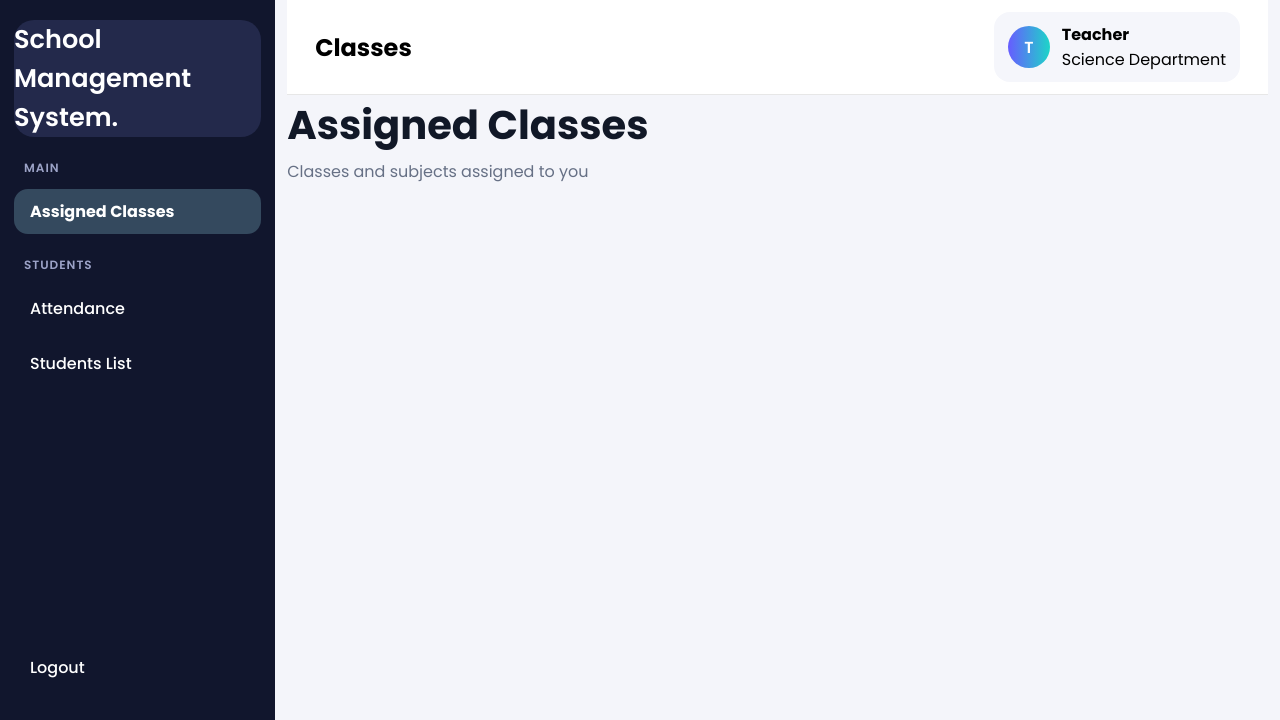
Repository: rohit-rk-07/school_management_system
Page: http://localhost/School_Management_System/teacher/assignedclass.jsp
These files come from the project's save history. The page is drawn as it stood at one moment and after the next save; the edit follows.
The browser window is 1280 px wide. The pictures show the whole page.
The page is served by Tomcat 10. Other server files are loaded and not shown.

Above is the page before, as saved 2026-05-26 13:49:35.
Console error: TypeError: Cannot read properties of null (reading 'referenceId')

### School_Management_System/src/main/webapp/teacher/assignedclass.jsp
<!DOCTYPE html>
<html lang="en">

<head>

    <meta charset="UTF-8">
    <meta name="viewport" content="width=device-width, initial-scale=1.0">

    <title>Assigned Classes</title>

    <link rel="preconnect" href="https://fonts.googleapis.com">

    <link href="https://fonts.googleapis.com/css2?family=Poppins:wght@300;400;500;600;700&display=swap"
        rel="stylesheet">

    <style>

        *{
            margin:0;
            padding:0;
            box-sizing:border-box;
            font-family:'Poppins',sans-serif;
        }

        body{
            background:#f4f5fb;
            display: flex;
            flex-direction: row;
            justify-content: space-between;
            align-items: start;
        }

        .assignedClassesContainer{
            padding:0px 12px;
            width: 80%;
            overflow-y: scroll;
    		height: 720px;
        }

        .assignedClassesHeading{
            font-size:40px;
            font-weight:700;
            color:#111827;
        }

        .assignedClassesSubtitle{
            color:#667085;
            margin-top:4px;
            margin-bottom:30px;
        }

        .assignedClassesGrid{
            display:grid;
            grid-template-columns:repeat(auto-fit,minmax(320px,1fr));
            gap:20px;
        }

        .assignedClassesCard{
            background:#ffffff;
            border-radius:28px;
            padding:20px;
            border:1px solid #ececec;
            position:relative;
            overflow:hidden;
            width: 320px;
        }

        .assignedClassesCard::before{
            content:"";
            position:absolute;
            top:0;
            left:0;
            width:5px;
            height:100%;
            background:#675cff;
        }

        .assignedClassesBadge{
            display:inline-block;
            padding:6px 16px;
            border-radius:30px;
            background:#ecebff;
            color:#675cff;
            font-size:14px;
            font-weight:600;
            margin-bottom:10px;
        }

        .assignedClassesTitle{
            font-size:22px;
            font-weight:700;
            color:#111827;
            margin-bottom:6px;
        }

        .assignedClassesSubject{
            color:#667085;
            margin-bottom:10px;
            font-size:14px;
        }

        .assignedClassesInfo{
            margin-bottom:6px;
            color:#475467;
            font-size:14px;
        }

        .attendanceTopbar {
    width: 100%;
    background: #ffffff;
    padding: 12px 28px;
    display: flex;
    justify-content: space-between;
    align-items: center;
    border-bottom: 1px solid #e7e7e7;
    }

    .attendanceTeacherProfile {
    display: flex;
    align-items: center;
    gap: 12px;
    background: #f5f6fb;
    padding: 10px 14px;
    border-radius: 16px;
}

.attendanceTeacherAvatar {
    width: 42px;
    height: 42px;
    border-radius: 50%;
    background: linear-gradient(to right, #675cff, #1dd5c8);
    display: flex;
    align-items: center;
    justify-content: center;
    color: #ffffff;
    font-weight: 600;
}

    </style>

</head>

<body>

	<jsp:include page="sidebar.jsp" />
    <div class="assignedClassesContainer">
    <div class="attendanceTopbar">
        <h2 class="attendanceTopbarTitle">
            Classes
        </h2>
        <div class="attendanceTeacherProfile">
            <div class="attendanceTeacherAvatar">
                T
            </div>
            <div>
                <h4>Teacher</h4>
                <p class="attendanceTeacherRole">
                    Science Department
                </p>
            </div>
        </div>
    </div>

        <h1 class="assignedClassesHeading">
            Assigned Classes
        </h1>
        <p class="assignedClassesSubtitle">
            Classes and subjects assigned to you
        </p>
        <div class="assignedClassesGrid">
           <!-- <div class="assignedClassesCard">
                <span class="assignedClassesBadge">
                    Science
                </span>
                <h2 class="assignedClassesTitle">
                    Grade 8
                </h2>
                <p class="assignedClassesSubject">
                    Subject: Science
                </p>
                <p class="assignedClassesInfo">
                    👨‍🎓 Students: 32
                </p>

                <p class="assignedClassesInfo">
                    📍 Room: 204
                </p>
            </div>

            <div class="assignedClassesCard">
                <span class="assignedClassesBadge">
                    Physics
                </span>
                <h2 class="assignedClassesTitle">
                    Grade 9
                </h2>
                <p class="assignedClassesSubject">
                    Subject: Physics
                </p>
                <p class="assignedClassesInfo">
                    👨‍🎓 Students: 28
                </p>

                <p class="assignedClassesInfo">
                    📍 Room: 301
                </p>
            </div>

            <div class="assignedClassesCard">

                <span class="assignedClassesBadge">
                    Science
                </span>
                <h2 class="assignedClassesTitle">
                    Grade 8
                </h2>
                <p class="assignedClassesSubject">
                    Subject: Science
                </p>
                <p class="assignedClassesInfo">
                    👨‍🎓 Students: 32
                </p>

                <p class="assignedClassesInfo">
                    📍 Room: 204
                </p>
            </div> -->

        </div>

    </div>

<script type="text/javascript" src="assignedclass.js"></script>
</body>

</html>

### School_Management_System/src/main/webapp/teacher/sidebar.jsp
<!DOCTYPE html>
<html lang="en">
<head>
  <meta charset="UTF-8" />
  <meta name="viewport" content="width=device-width, initial-scale=1.0"/>
  <title>School Sidebar</title>

  <style type="text/css">
  *{
  margin:0;
  padding:0;
  box-sizing:border-box;
}

body{
  font-family:'Poppins',sans-serif;
  background:#f4f5fa;
}

/* SIDEBAR */

.schoolSidebar{
  width:280px;
  height:100vh;
  background:#11162d;
  color:#ffffff;
  padding:20px 14px;
  display:flex;
  flex-direction:column;
  justify-content:space-between;
  /*border-top-right-radius:20px;
  border-bottom-right-radius:20px;*/
  transition:0.3s;
}

/* LOGO */

.schoolSidebarLogo{
font-size: 1.6rem;
font-weight: 600;
background:#23294b;
border-radius: 20px;
}

schoolSidebarLogo{
  border-radius:14px;
  background:#23294b;
  display:flex;
  align-items:start;
  justify-content:start;
  font-size:20px;
  margin-bottom:35px;
}

/* MENU TITLES */

.schoolSidebarMenuTitle{
  color:#9ca3c7;
  font-size:12px;
  letter-spacing:1px;
  margin:22px 10px 12px;
  font-weight:600;
}

/* MENU */

.schoolSidebarMenuList{
  list-style:none;
}

.schoolSidebarMenuItem{
  display:flex;
  align-items:center;
  gap:14px;
  padding:10px 16px;
  border-radius:14px;
  margin-bottom:10px;
  color:#b6bdd9;
  cursor:pointer;
  transition:0.3s;
  font-size:15px;
  font-weight:500;
}

.schoolSidebarMenuItem a{
  font-size:16px;
  text-decoration: none;
  color: #fff;
  width: 100%;
  height: 100%;
}

/* HOVER */

.schoolSidebarMenuItem:hover{
  background:#242b4d;
  color:#ffffff;
}

/* ACTIVE */

.schoolSidebarActive{
  background:#4d44cc;
  color:#ffffff;
}

.schoolSidebarMenuItem {
    /* Your default styling for menu items */
    transition: background-color 0.2s ease;
}

/* This targets the container when active */
.schoolSidebarMenuItem.schoolSidebarActive {
    background-color: #34495e; /* Change to your preferred highlight color */
}

/* Ensures the text color inside the active container looks right */
.schoolSidebarMenuItem.schoolSidebarActive a {
    color: #ffffff;
    font-weight: bold;
}

/* DARK MODE */

.schoolSidebarDark{
  background:#050814;
}

.schoolSidebarDark .schoolSidebarMenuItem:hover{
  background:#1c2445;
}

/* RESPONSIVE */

@media(max-width:768px){

  .schoolSidebar{
    width:100%;
    height:auto;
    border-radius:0;
  }

}
  </style>

  <link rel="preconnect" href="https://fonts.googleapis.com">
  <link href="https://fonts.googleapis.com/css2?family=Poppins:wght@300;400;500;600;700&display=swap" rel="stylesheet">
</head>

<body>

  <aside class="schoolSidebar">

    <!-- LOGO -->
    <div class="schoolSidebarTop">

      <div class="schoolSidebarLogo">
        School Management System.
      </div>

      <!-- MAIN MENU -->
      <div class="schoolSidebarMenuTitle">
        MAIN
      </div>

      <ul class="schoolSidebarMenuList">

        <li class="schoolSidebarMenuItem schoolSidebarActive">
          <a href="assignedclass.jsp">Assigned Classes</a>
        </li>

      </ul>

      <!-- ASSIGNMENTS -->
      <div class="schoolSidebarMenuTitle">
        STUDENTS
      </div>

      <ul class="schoolSidebarMenuList">

        <li class="schoolSidebarMenuItem">
          <a href="attendance.jsp">Attendance</a>
        </li>

        <li class="schoolSidebarMenuItem">
          <a href="studentsList.jsp">Students List</a>
        </li>

      </ul>

    </div>

    <!-- BOTTOM -->
    <div class="schoolSidebarBottom">

      <ul class="schoolSidebarMenuList">

        <li class="schoolSidebarMenuItem">
          <a href="/School_Management_System/login/login.jsp">Logout</a>
        </li>

      </ul>

    </div>

  </aside>

  <script>

  document.addEventListener("DOMContentLoaded", function () {
    const currentPath = window.location.pathname.split("/").pop();
    const menuLinks = document.querySelectorAll(".schoolSidebarMenuList a");
    menuLinks.forEach(link => {
        const linkPath = link.getAttribute("href");

        if (currentPath === linkPath) {
            document.querySelectorAll(".schoolSidebarMenuItem").forEach(item => {
                item.classList.remove("schoolSidebarActive");
            });

            link.closest("li").classList.add("schoolSidebarActive");
        }
    });
});

  </script>

</body>
</html>

### School_Management_System/src/main/webapp/teacher/assignedclass.js
const loggedInUser =
 JSON.parse(
     localStorage.getItem(
         "loggedInUser"
     )
 );

window.onload = function () {loadAssignedClasses();};

function loadAssignedClasses(){
    const teacherId = loggedInUser.referenceId;

    fetch( "/School_Management_System/AssignedClass?teacherId=" + teacherId)
    .then(response => response.json())
    .then(data => { renderAssignedClasses( data.classes );
    })
    .catch(error => { console.error(error);
    });
}


function renderAssignedClasses(classes){

    const grid = document.querySelector(".assignedClassesGrid");

    if (!grid) {
        console.error("Could not find the container element '.assignedClassesGrid' on the page.");
        return;
    }

    grid.innerHTML = "";

    classes.forEach(classesData => {
        const card = document.createElement("div");
        card.classList.add("assignedClassesCard");

        card.innerHTML = `
            <span class="assignedClassesBadge">
                ${classesData.subject_name}
            </span>

            <h2 class="assignedClassesTitle">
                ${classesData.class_name} - ${classesData.section}
            </h2>

            <p class="assignedClassesSubject">
                Subject: ${classesData.subject_name}
            </p>

            <p class="assignedClassesInfo">
                Students: ${classesData.total_students}
            </p>

            <p class="assignedClassesInfo">
                Room: ${classesData.room_number}
            </p>
        `;
        grid.appendChild(card);
    });
}

After the next save:
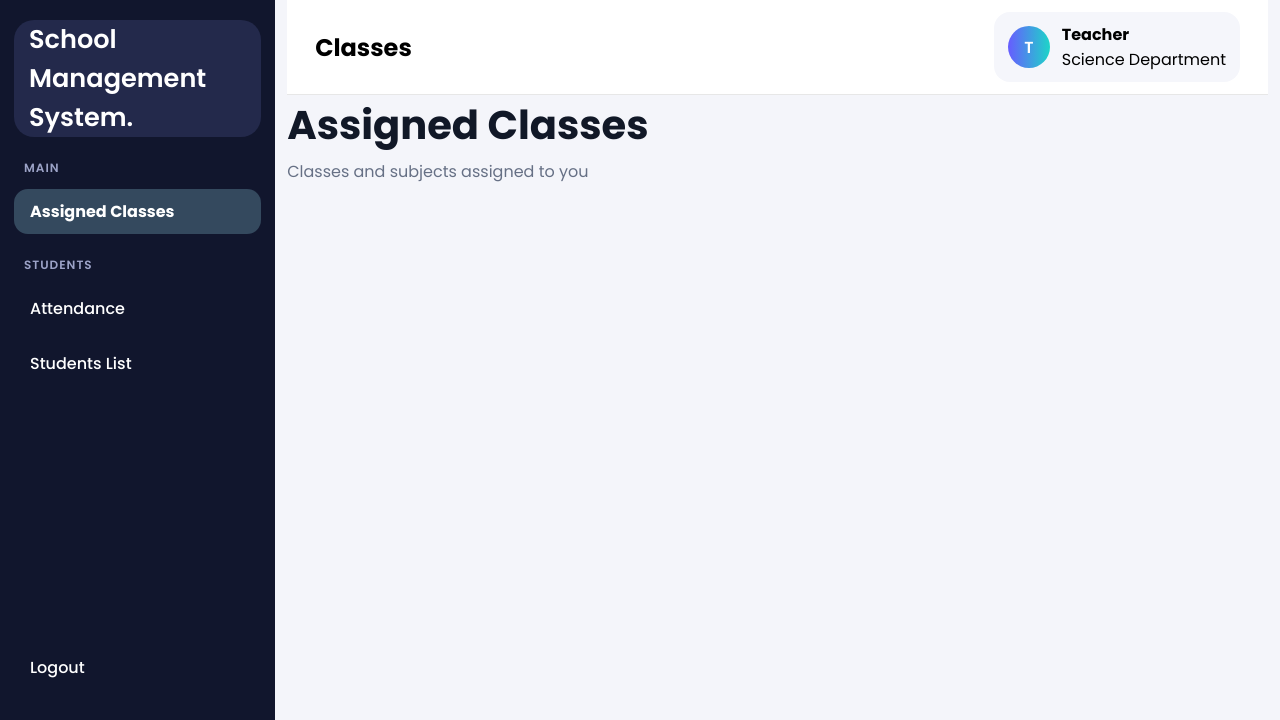
Saved 73 s later.
--- a/School_Management_System/src/main/webapp/teacher/sidebar.jsp
+++ b/School_Management_System/src/main/webapp/teacher/sidebar.jsp
@@ -33,13 +33,12 @@ body{
   transition:0.3s;
 }
 
-/* LOGO */
-
-.schoolSidebarLogo{
-font-size: 1.6rem;
-font-weight: 600;
-background:#23294b;
-border-radius: 20px;
+.schoolSidebarLogo {
+    font-size: 1.6rem;
+    font-weight: 600;
+    background: #23294b;
+    border-radius: 20px;
+    padding: 0 15px;
 }
 
 schoolSidebarLogo{
